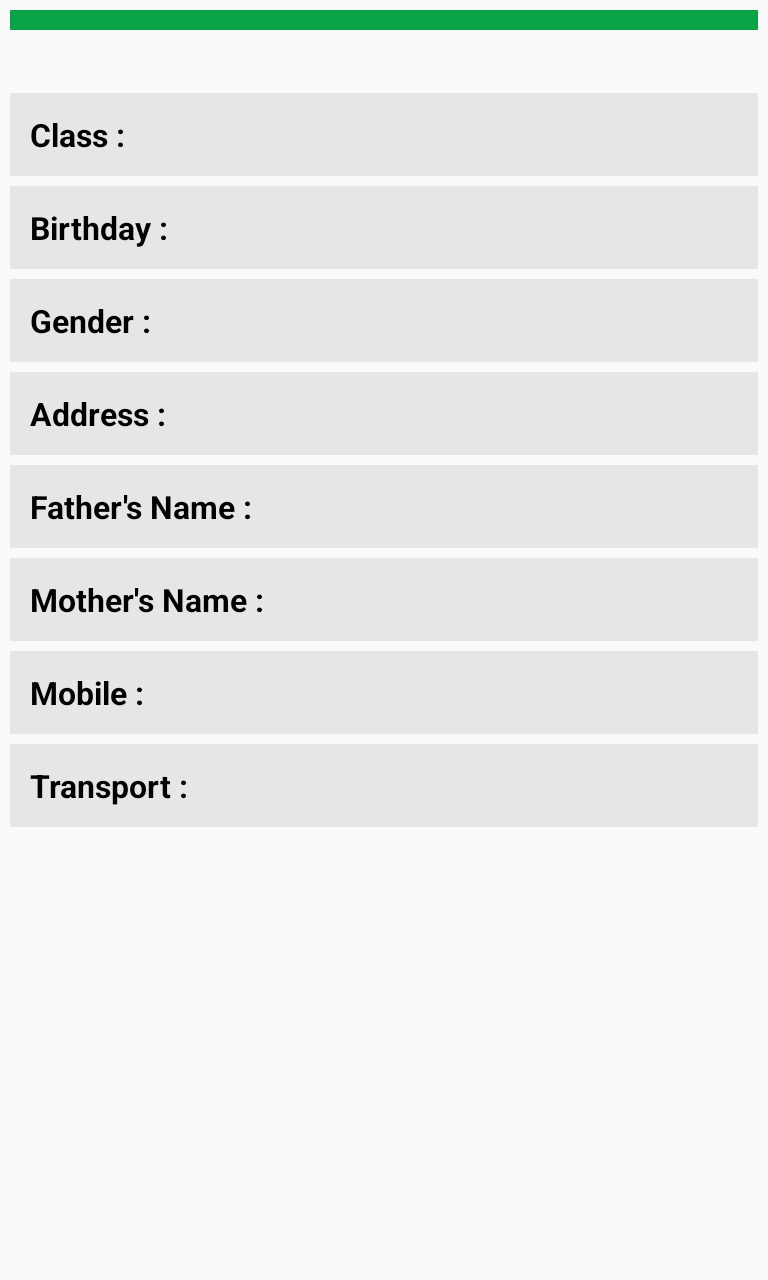
Repository: iguardian2015/iguardian-litchi
Layout: iguardian/res/layout/costum_main_student.xml
The author's editor kept a copy of each file at every save. The layout is drawn from the files as they stood at one save, then again after the next save.
Pictures or frames that could not be fetched are drawn as grey boxes. It is drawn on a 768 x 1280 px phone screen (xhdpi) without system bars, with theme AppTheme; the app's code is not run.

Above is the layout before, as saved 2015-01-14 16:31:29.

After the next save:
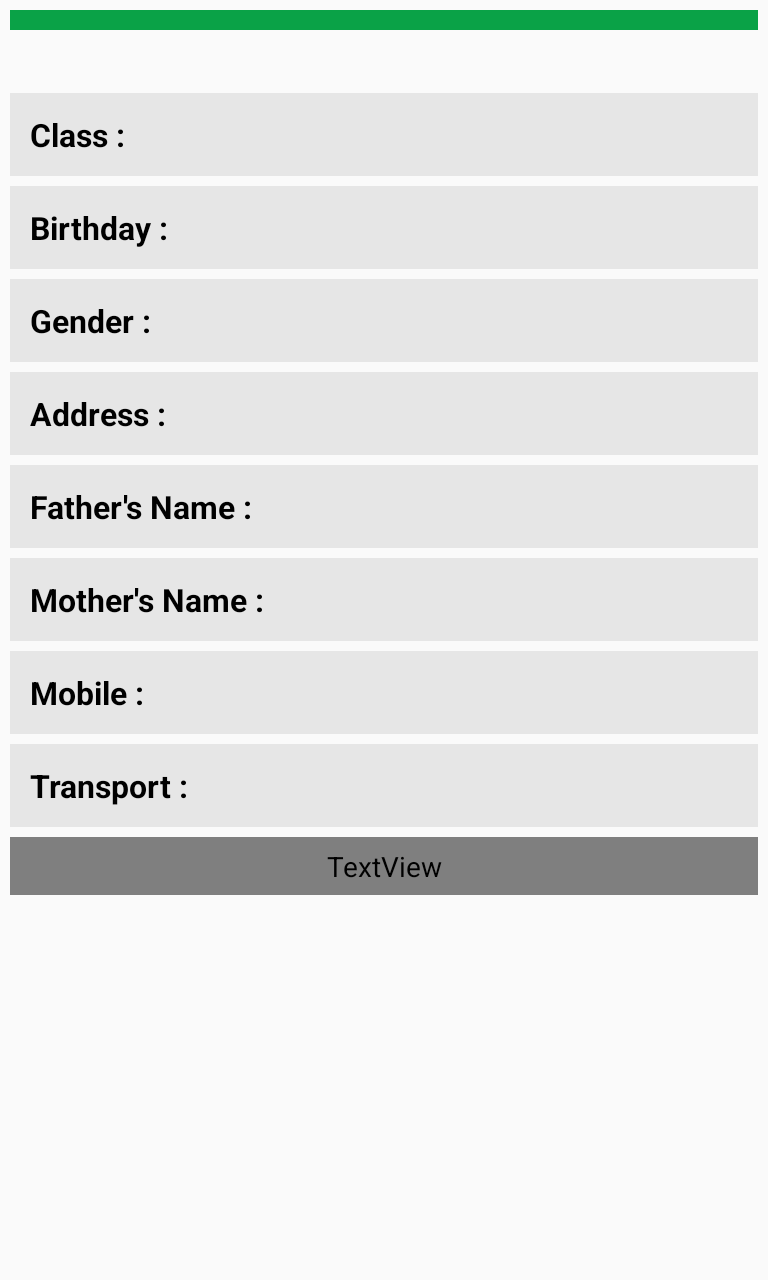
Saved 2 min 9 s later.
--- a/iguardian/res/layout/costum_main_student.xml
+++ b/iguardian/res/layout/costum_main_student.xml
@@ -277,6 +277,7 @@
             android:layout_height="wrap_content"
             android:gravity="center"
             android:padding="5dp"
+            android:fontFamily="Microsoft Sans Serif"
 
             android:textColor="#585858"
             android:textSize="16sp"

After the save that followed:
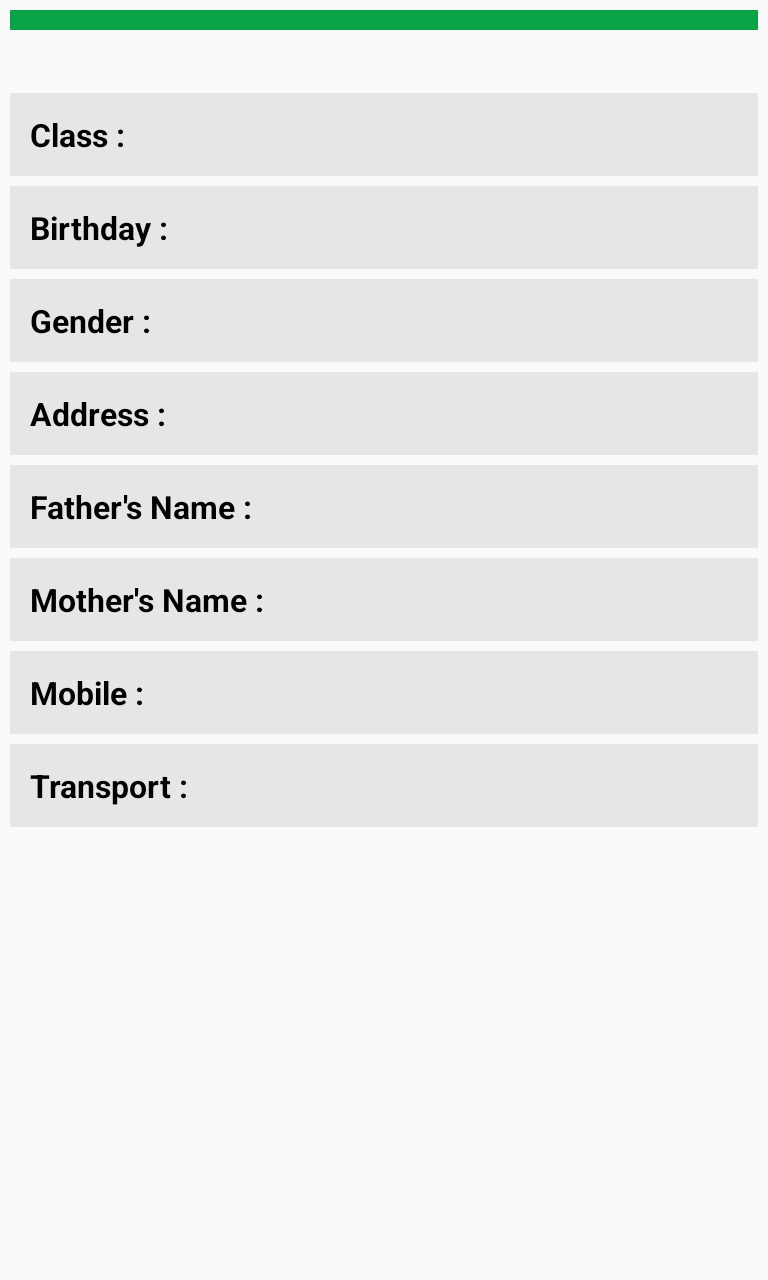
Saved 23 s later.
--- a/iguardian/res/layout/costum_main_student.xml
+++ b/iguardian/res/layout/costum_main_student.xml
@@ -277,11 +277,11 @@
             android:layout_height="wrap_content"
             android:gravity="center"
             android:padding="5dp"
-            android:fontFamily="Microsoft Sans Serif"
+
 
             android:textColor="#585858"
             android:textSize="16sp"
-            android:textStyle="italic" />
+            android:textStyle="normal" />
     </LinearLayout>
 
 </ScrollView>
